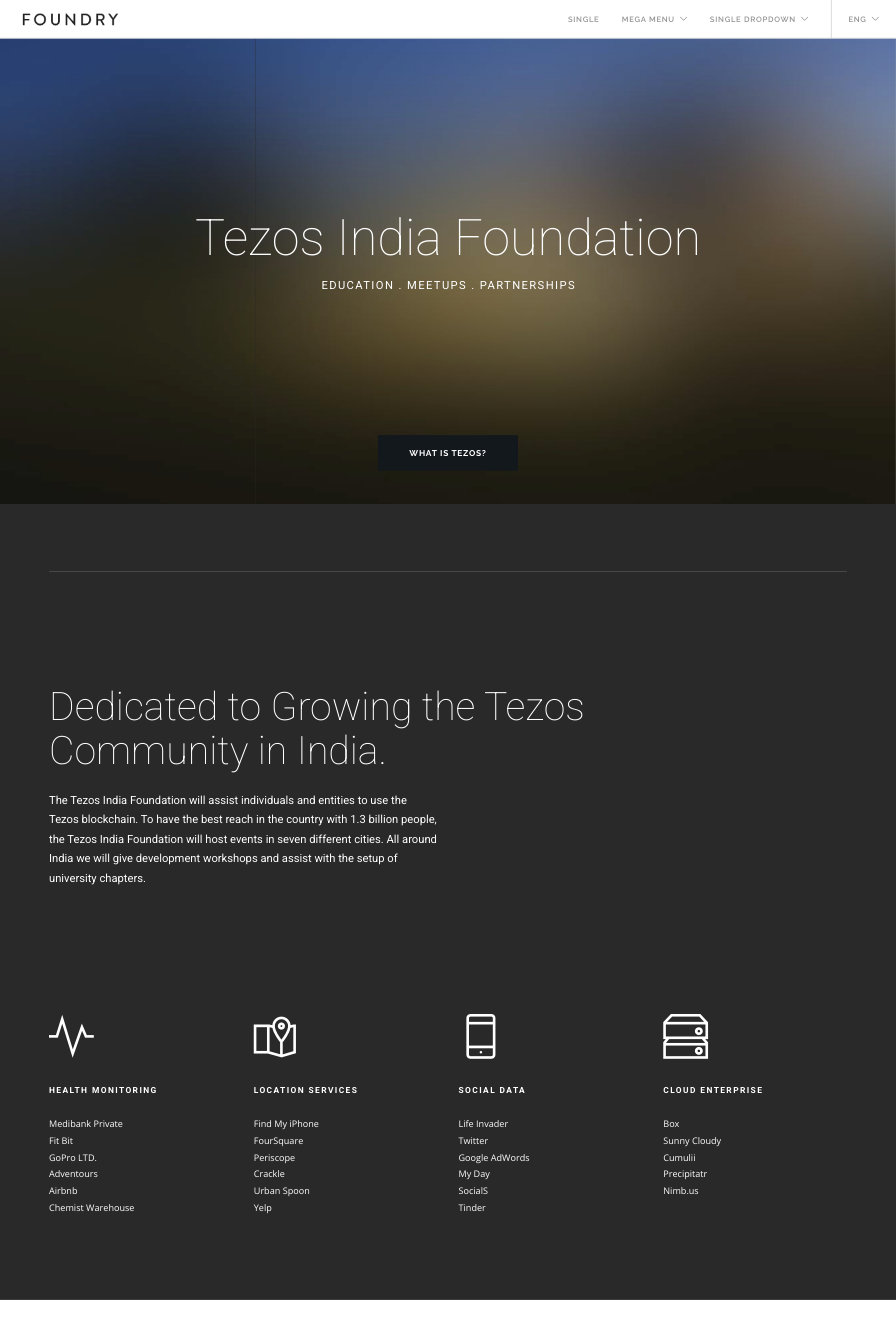
Repository: Tezos-India-Foundation/TIF-Website
Page: Tezos India Website/page.html
These files come from the project's save history. The page is drawn as it stood at one moment and after the next save; the edit follows.
The browser window is 1280 px wide. The pictures show the part of the page from y = 0 to 1920 px (the page is 4630 px tall), at 70% of full size.

Above is the page before, as saved 2019-08-06 15:07:43.

After the next save:
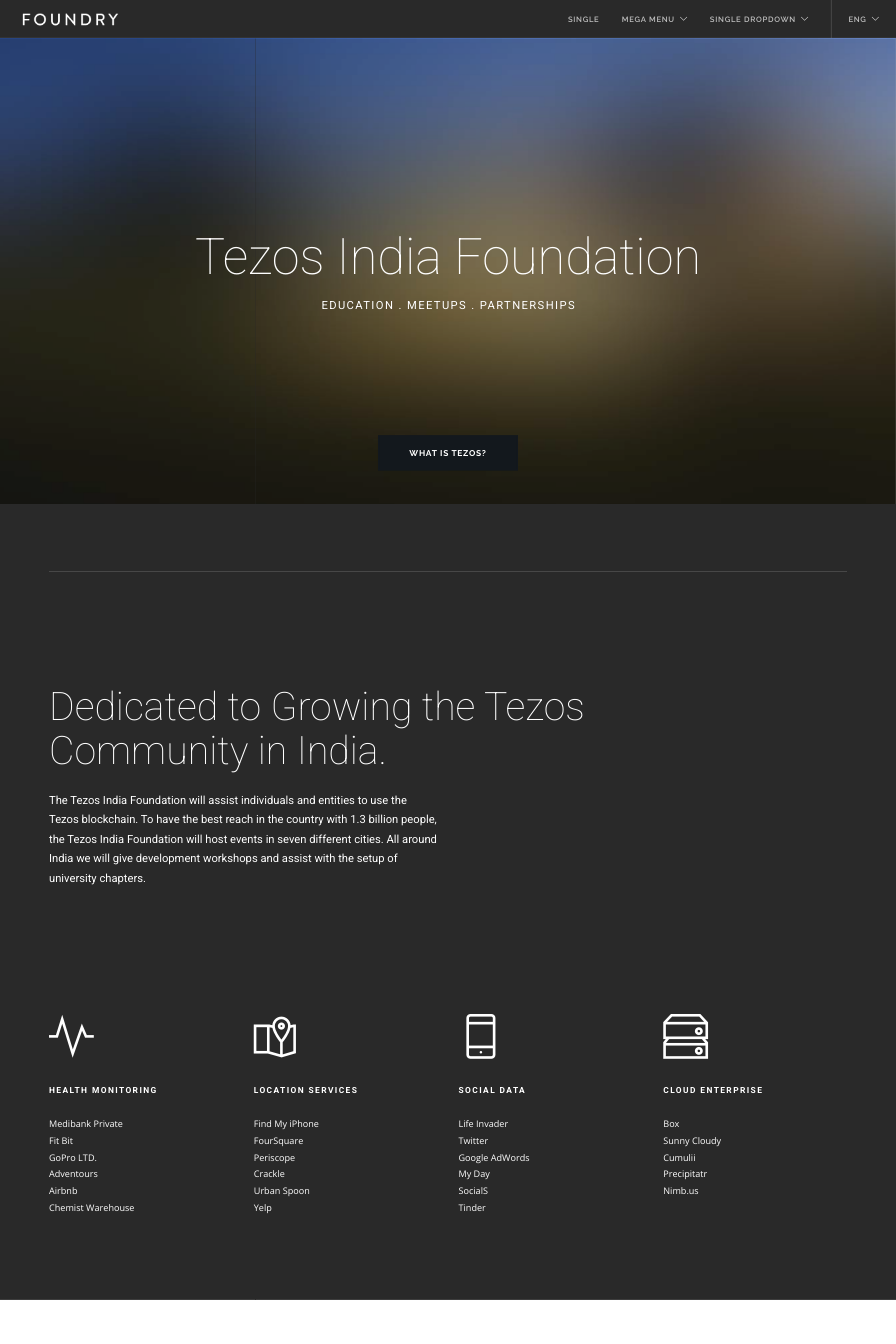
Saved 10 s later.
--- a/Tezos India Website/page.html
+++ b/Tezos India Website/page.html
@@ -22,7 +22,7 @@
 
 
 
-			<nav class="absolute">
+		    <nav class="bg-dark">
 		        <div class="nav-bar">
 		            <div class="module left">
 		                <a href="index.html">
